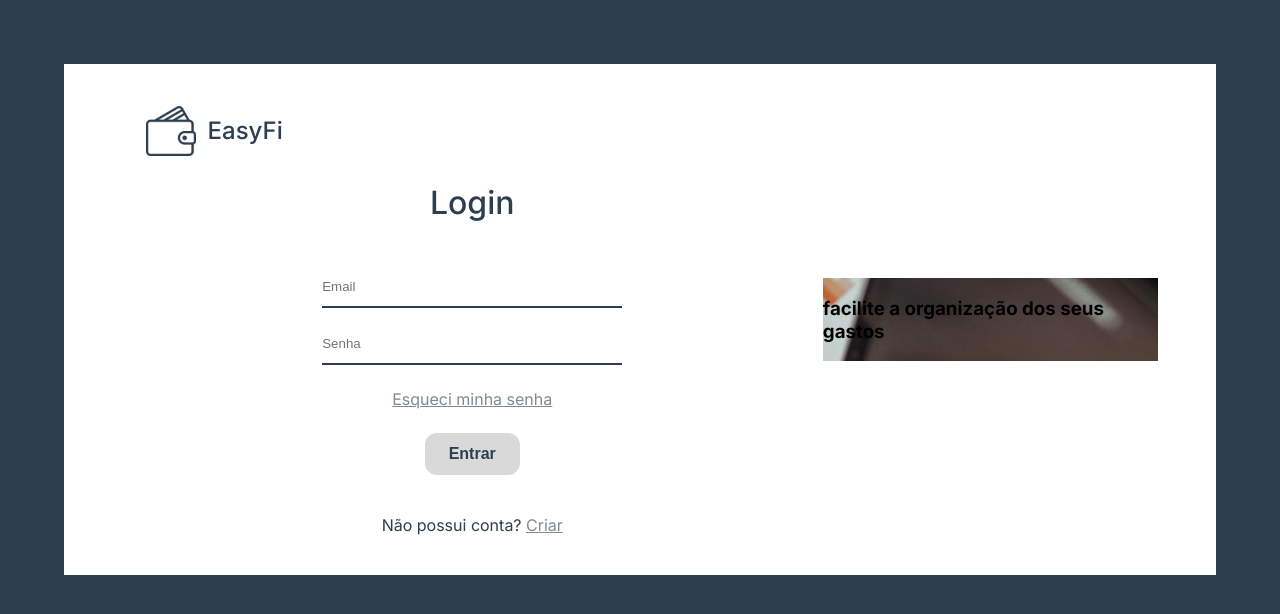
Repository: Ingridiag/projeto-engenharia
Page: login.html
An editor plug-in stored every save of this project. The page is shown before and after a run of saves, followed by the edit.
The browser window is 1280 px wide. The pictures show the whole page.

Above is the page before, as saved 2024-10-28 16:25:16.

### login.html
<!DOCTYPE html>
<html lang="pt">

<head>
    <meta charset="UTF-8">
    <meta name="viewport" content="width=device-width, initial-scale=1.0">
    <link rel="preconnect" href="https://fonts.googleapis.com">
<link rel="preconnect" href="https://fonts.gstatic.com" crossorigin>
<link href="https://fonts.googleapis.com/css2?family=Inter:ital,opsz,wght@0,14..32,100..900;1,14..32,100..900&display=swap"
rel="stylesheet">
    <link rel="stylesheet" href="style.css">
    <title>Login</title>
</head>

<body>
    <div class="container">

        <!-- Tela Login -->
        <div class="login">
            <div class="primeira-coluna">
                <div class="logo">
                    <img src="imagens/logo-azul 1.svg" alt="logo">
                    <h1>EasyFi</h1>
                </div>
                <div class="formulario">
                    <h1 class="title">Login</h1>
                    <form >
                        <input type="email" placeholder="Email">
                        <input type="password" placeholder="Senha">
                    </form>
                    <div class="uses">
                        <a href="#" class="link">Esqueci minha senha</a>

                    </div>
                    <div class="btn-default">
                        <button>
                            Entrar
                        </button>
                    </div>
                    <div >
                        <p>Não possui conta?
                            <span>
                                <a href="#" class="link">Criar</a>
                            </span>
                        </p>
                    </div>
                </div>
            </div>
            <div class="decor">
                <h3 class="mensagem">
                    facilite a organização dos seus gastos
                </h3>
            </div>
        </div>



        <div class="cadastro">
            <!-- Tela Cadastro -->
            <div class="decor">
                <h3 class="mensagem">
                    facilite a organização dos seus gastos
                </h3>
            </div>

            <div class="primeira-coluna">
                <div class="logo">
                    <img src="imagens/logo-azul 1.svg" alt="logo">
                    <h1>EasyFi</h1>
                </div>
                <div class="formulario">
                    <h1 class="title">Criar Conta</h1>
                    <form >
                        <input type="text" placeholder="Nome">
                        <input type="email" placeholder="Email">
                        <input type="password" placeholder="Senha">
                        <input type="password" placeholder=" Confirmar senha">
                    </form>
                    <div>
                        <a href="#" class="link">Esqueci minha senha</a>

                    </div>
                    <div class="btn-default">
                        <button>
                            Entrar
                        </button>
                    </div>
                    <div class="uses">
                        <p>Já possui conta?
                            <span>
                                <a href="#" class="link">Login</a>
                            </span>
                        </p>
                    </div>
                </div>
            </div>
        </div>


    </div>

</body>

</html>

### style.css
body {
    margin: 0;
    padding: 0;
    box-sizing: border-box;
    background: #2C3E50;
    font-family: "Inter", sans-serif;
}

.container {
    display: flex;
    justify-content: center;
    align-items: center;
    margin: 5%;
}

.login {
    width: 100%;
    height: 55vh;
    padding: 5%;
    display: flex;
    align-items: center;
    background: #fff;
    justify-content: space-between;
}

.primeira-coluna {
    width: 70%;
    display: flex;
    flex-direction: column;
    justify-content: center;
    /* background: #909090; */
}

.logo {
    display: flex;
    gap: 12px;
    align-items: center;
    padding: 12px 24px 0;
    color: #2C3E50;

    h1 {
        font-size: 24px;
        font-weight: 500;
    }
    img{
        width: 50px;

    }

}

.formulario {
    display: flex;
    flex-direction: column;
    align-items: center;
    gap: 24px;
    color: #2C3E50;
    h1{
        font-weight: 500;}
}

.formulario form {
    display: flex;
    flex-direction: column;
    gap: 16px;
}

.formulario form input {
    width: 300px;
    padding: 12px 0px;
    background: none;
    border: none;
    border-bottom: 2px solid #2C3E50;
    outline: none;
    color: #2C3E50;

}

.formulario a {
    color: #7F8C8D;
}

.btn-default button {
    background: #D9D9D9;
    border: none;
    border-radius: 12px;
    padding: 12px 24px;
    font-size: 16px;
    transition: 0.2s ease;
    cursor: pointer;
    color: #2C3E50;
    font-weight: 600;
}

.btn-default button:hover {
    background: #F4EEEE;
    color: #577695;
    transform: scale(1.1);
}
.decor{
    height: auto;
    background-image: url(imagens/imagem_background.svg);
}

.cadastro {
    display: none;
    flex-direction: column;
    position: relative;
}

After the next 2 saves:
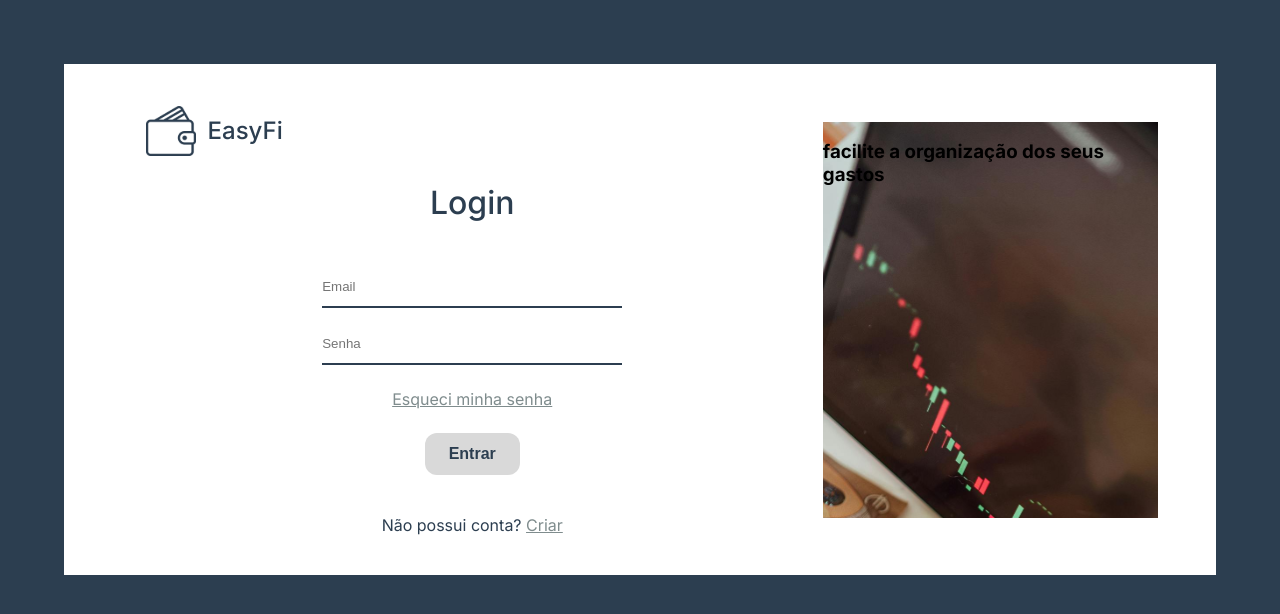
The 2 saves are shown as one change because they came seconds apart.
The last was saved 11 s later.
--- a/style.css
+++ b/style.css
@@ -98,7 +98,7 @@
     transform: scale(1.1);
 }
 .decor{
-    height: auto;
+    height: 100%;
     background-image: url(imagens/imagem_background.svg);
 }
 

After the 3 saves that followed:
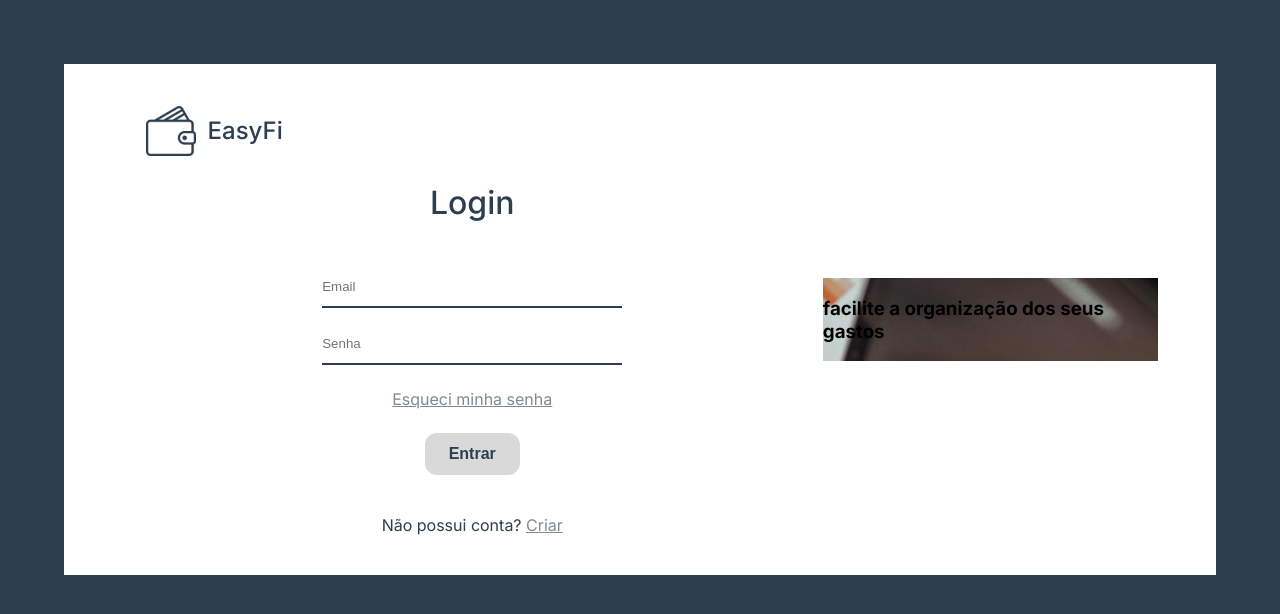
The 3 saves are shown as one change because they came seconds apart.
The last was saved 19 s later.
--- a/style.css
+++ b/style.css
@@ -98,7 +98,7 @@
     transform: scale(1.1);
 }
 .decor{
-    height: 100%;
+    margin: 0;
     background-image: url(imagens/imagem_background.svg);
 }
 
